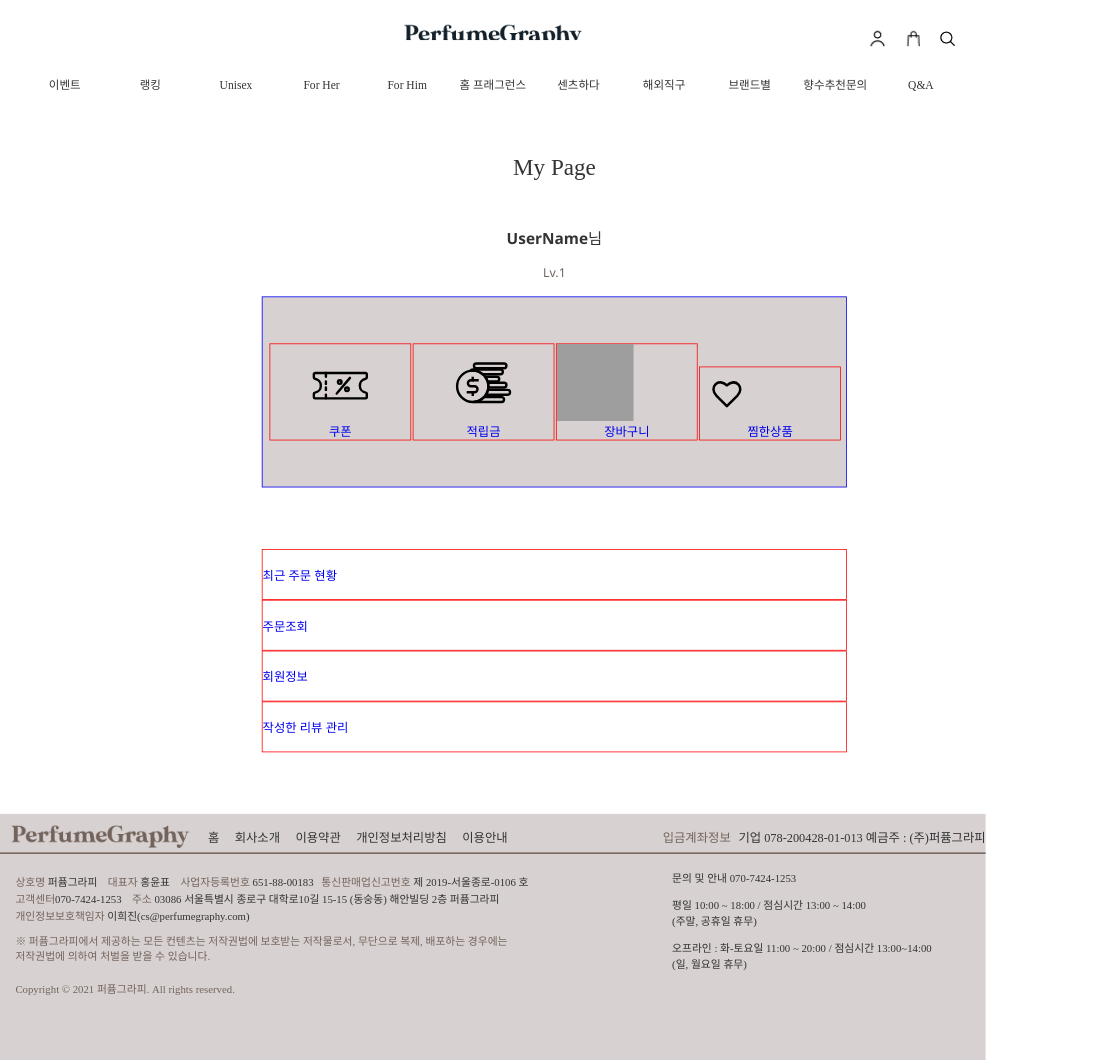
Repository: mingdue03/perfumegraphy
Page: myPage.html
These files come from the project's save history. The page is drawn as it stood at one moment and after the next save; the edit follows.
The browser window is 1280 px wide. The page is 1440 px wide, so the pictures cover 1440 px, including what lies to the right of the window. The pictures show the whole page, at 77% of full size.
Pictures or frames that could not be fetched are drawn as grey boxes.

Above is the page before, as saved 2021-08-27 14:55:18.

### myPage.html
<!DOCTYPE html>
<html lang="ko">
<head>
    <meta charset="UTF-8">
    <meta http-equiv="X-UA-Compatible" content="IE=edge">
    <meta name="viewport" content="width=device-width, initial-scale=1.0">
    <title>PerfumeGraphy</title>
    <link rel="stylesheet" href="css/basic.css">
    <link rel="stylesheet" href="css/mypage.css">
    <link href="https://fonts.googleapis.com/css2?family=Noto+Serif+KR&display=swap" rel="stylesheet">
    <script src="js/jquery-1.12.4.min.js"></script>
    <script src="js/jquery.slides.min.js"></script>
    <script src="js/jquery.stellar.js"></script>
    <script src="js/main_1.js"></script>
</head>
<body>
<div id="body_wrap">
    <header>
    <div id="header_wrap">
        <div class="header_top">
            <div class="logo">
                <h1><a href="index.html">PerfumeGraphy</a></h1>
            </div>
            <ul class="top_menu">
                <li class="user"><a href="login.html">마이페이지</a></li>
                <li class="cart"><a href="mypage.html">장바구니</a></li>
                <li class="search"><a href="#">검색</a></li>
                <li class="ham_btn"><a href="#">button</a></li>
            </ul>
        </div>
        <div class="search_pop">
            <div class="search_bg">
                <span></span>
                <ul>
                    <li><a href="#">#금주의 향수</a></li>
                    <li><a href="#">#럭셔리집들이선물</a></li>
                    <li><a href="#">#비누향수</a></li>
                </ul>
            </div>
        </div>
        <div class="header_b" >
            <ul class="gnb">
                <li>
                    <a href="#">이벤트</a>
                </li>
                <li class="hasSub">
                    <a href="lank.html">랭킹</a>
                    <ul class="sub_menu">
                        <li><a href="lank.html">전체 랭킹 </a></li>
                        <li><a href="lank.html">Unisex 랭킹</a></li>
                        <li><a href="lank.html">For her 랭킹</a></li>
                        <li><a href="lank.html">For him 랭킹</a></li>
                    </ul>
                </li>
                <li class="hasSub">
                    <a href="#">Unisex</a>
                    <ul class="sub_menu">
                        <li><a href="#">ALL</a></li>
                        <li><a href="#"> 시트러스 | 그린</a></li>
                        <li><a href="#">우디 | 베티버</a></li>
                        <li><a href="#">샌달우드 | 머스크</a></li>
                        <li><a href="#">스파이시 | 통카빈</a></li>
                    </ul>
                </li>
                <li class="hasSub">
                    <a href="#">For Her</a>
                    <ul class="sub_menu">
                        <li><a href="#">ALL</a></li>
                        <li><a href="#">시트러스 | 그린</a></li>
                        <li><a href="#">플로럴 | 화이트플로럴</a></li>
                        <li><a href="#">머스크 | 앰버</a></li>
                        <li><a href="#">스위트 | 바닐라</a></li>
                    </ul>
                </li>
                <li class="hasSub">
                    <a href="#">For Him</a>
                    <ul class="sub_menu">
                        <li><a href="#">ALL</a></li>
                        <li><a href="#">시트러스 | 그린</a></li>
                        <li><a href="#">우디 | 베티버</a></li>
                        <li><a href="#">웜스파이시 | 통카빈</a></li>
                        <li><a href="#">머스크 | 앰버</a></li>
                        <li><a href="#">라벤더 | 워터리</a></li>
                    </ul>
                </li>
                <li class="hasSub">
                    <a href="#">홈 프래그런스</a>
                    <ul class="sub_menu">
                        <li><a href="#">디퓨저 & 캔들</a></li>
                        <li><a href="#">바디 & 솝</a></li>
                    </ul>
                </li>
                <li><a href="#">센츠하다</a></li>
                <li>
                    <a href="#">해외직구</a>
                </li>
                <li><a href="#">브랜드별</a></li>
                <li><a href="#">향수추천문의</a></li>
                <li><a href="#">Q&A</a></li>
            </ul>
        </div>
        <div class="gnb_dim"></div>
    </div>
    </header>
    <!------------------------login-------------------------------->
    <main id="mypage">
        <div class="mypage_wrap">
            <h2>My Page</h2>
            <section class="name">
                <div>
                    <p><span>UserName</span>님</p>
                    <p class="level">Lv.1</p>
                </div>
            </section>
            <section class="coupon">
                <div class="coupon_wrap">
                    <ul>
                        <li><a href="#" class="coupon">쿠폰</a></li>
                        <li><a href="#" class="coin">적립금</a></li>
                        <li><a href="#" class="cart">장바구니</a></li>
                        <li><a href="#" class="heart">찜한상품</a></li>
                    </ul>
                </div>
            </section>
            <section class="order">
                <div class="oder_wrap">
                    <ul>
                        <li class="recent"><a href="#">최근 주문 현황</a></li>
                        <li><a href="#">주문조회</a></li>
                        <li><a href="#">회원정보</a></li>
                        <li><a href="#">작성한 리뷰 관리</a></li>
                    </ul>

                </div>
            </section>

        </div>
    </main>
    <footer>
        <div id="footer_in">
            <div class="footer_top">
                <h2>PerfumeGraphy</h2>
                <ul class="m_hidden">
                    <li><a href="javasctipt:;">홈</a></li>
                    <li><a href="javasctipt">회사소개</a></li>
                    <li><a href="javasctipt">이용약관</a></li>
                    <li><a href="javasctipt">개인정보처리방침</a></li>
                    <li><a href="javasctipt">이용안내</a></li>
                </ul>
                <p><span>입금계좌정보</span> 기업 078-200428-01-013 예금주 : (주)퍼퓸그라피</p>
            </div>
        </div>
        <div class="footer_bottom">
            <section class="left">
                <ul class="pc_hidden">
                    <li><a href="javasctipt:;">홈</a></li>
                    <li><a href="javasctipt">회사소개</a></li>
                    <li><a href="javasctipt">이용약관</a></li>
                    <li><a href="javasctipt">개인정보처리방침</a></li>
                    <li><a href="javasctipt">이용안내</a></li>
                </ul>
                <p class="margin">
                    <p><span>상호명</span>  퍼퓸그라피</p> <p><span>대표자</span> 홍윤표</p>	 <p><span>사업자등록번호</span> 651-88-00183</p><p> <span >통신판매업신고번호</span>  제 2019-서울종로-0106 호<br></p>
                </p>
                <p class="pc_hidden">
                    <span>고객센터</span>070-7424-1253
                </p>
                <p>
                    <span> 주소</span> 03086 서울특별시 종로구 대학로10길 15-15 (동숭동) 해안빌딩 2층 퍼퓸그라피
                </p>
                <p ><span>개인정보보호책임자</span> 	 이희진(cs@perfumegraphy.com) </p>
                <p class="margin"><span class="m_hidden"> ※ 퍼퓸그라피에서 제공하는 모든 컨텐츠는 저작권법에 보호받는 저작물로서, 무단으로 복제, 배포하는 경우에는<br><span></span> 저작권법에 의하여
                처벌을 받을 수 있습니다.</span></p>
                <p class="margin"><span class="m_hidden"> Copyright © 2021 퍼퓸그라피. All rights reserved.</span></p>
            </section>
            <section class="right m_hidden">
                <p>문의 및 안내   070-7424-1253<br>
                    <br>
                    평일 10:00 ~ 18:00 / 점심시간 13:00 ~ 14:00<br>
                    (주말, 공휴일 휴무)<br>
                    <br>
                    오프라인 : 화-토요일 11:00 ~ 20:00 / 점심시간 13:00~14:00<br>
                     (일, 월요일 휴무)</p>
            </section>
        </div>
    </footer>
</div>
</body>
</html>

### css/mypage.css
@charset "UTF-8";

main#mypage{font-family:'NanumGothic','Segoe UI', Roboto, Oxygen, sans-serif ;background: #fff; color:#333; font-size:16px; }

#mypage{}
.mypage_wrap{
  width:1440px;
  margin:60px auto;
  text-align:center;
}
.mypage_wrap h2{
  font-size:30px;
  margin:60px 0;
  font-weight: normal;
  font-family: 'Noto Serif KR', serif;
}
.name {
  margin:20px 0;
}
.name p{
  font-size: 20px;
  margin:20px 0;
}
.name p span{
  font-weight: bold;
}
.name p.level{
  font-size:16px;
  color:#73645D;
}

.coupon{
  width:760px;
  margin:auto;
}
.coupon_wrap{
  width:100%;
  height:auto;
  background:#D7D1D1;
}
.coupon_wrap ul{
  border:1px solid blue;
  padding:60px 0;
}
.coupon_wrap li{
  display: inline-block;
  width:24%;
}
.coupon_wrap a{
  display: block;
  width:100%;
  height:auto;
  border:1px solid red;
}
.coupon_wrap a.coupon:before{
  display:block;
  content:'';
  margin:auto;
  width:100px; height:100px;
  background:url('../img/icon/coupon_icon.svg') no-repeat 100% 100%;
}
.coupon_wrap a.coin:before{
  display:block;
  content:'';
  margin:auto;
  width:100px; height:100px;
  background:url('../img/icon/coins_icon.svg') no-repeat 100% 100%;}
.coupon_wrap a.cart:before{
  display:block;
  content:'';
  width:100px; height:100px;
  background:url('../img/icon/bag_icon.svg') no-repeat 100% 100%;
}
.coupon_wrap a.heart:before{
  display:block;
  content:'';
  width:70px; height:70px;
  background:url('../img/icon/basic_heart_icon.svg') no-repeat 100% 100%;
}

.order{}
.oder_wrap{
  width:760px;
  margin:80px auto;

}

.oder_wrap ul{}
.oder_wrap li{
  display:block;
  border-bottom:1px solid #999;
  text-align: left;
  border:1px solid red;
  padding: 20px 0;
}
.recent{

}
.oder_wrap a{}














@media (max-width:1440px){
  .login_wrap{
    width:100%;
  }
}

@media (max-width:450px){
  .login_wrap{
    max-width:450px;
  }
}

Loaded but not shown: js/jquery-1.12.4.min.js (library); js/jquery.slides.min.js (library); js/jquery.stellar.js (library); js/main_1.js (215 lines, source omitted); css/basic.css (877 lines, source omitted)

After the next save:
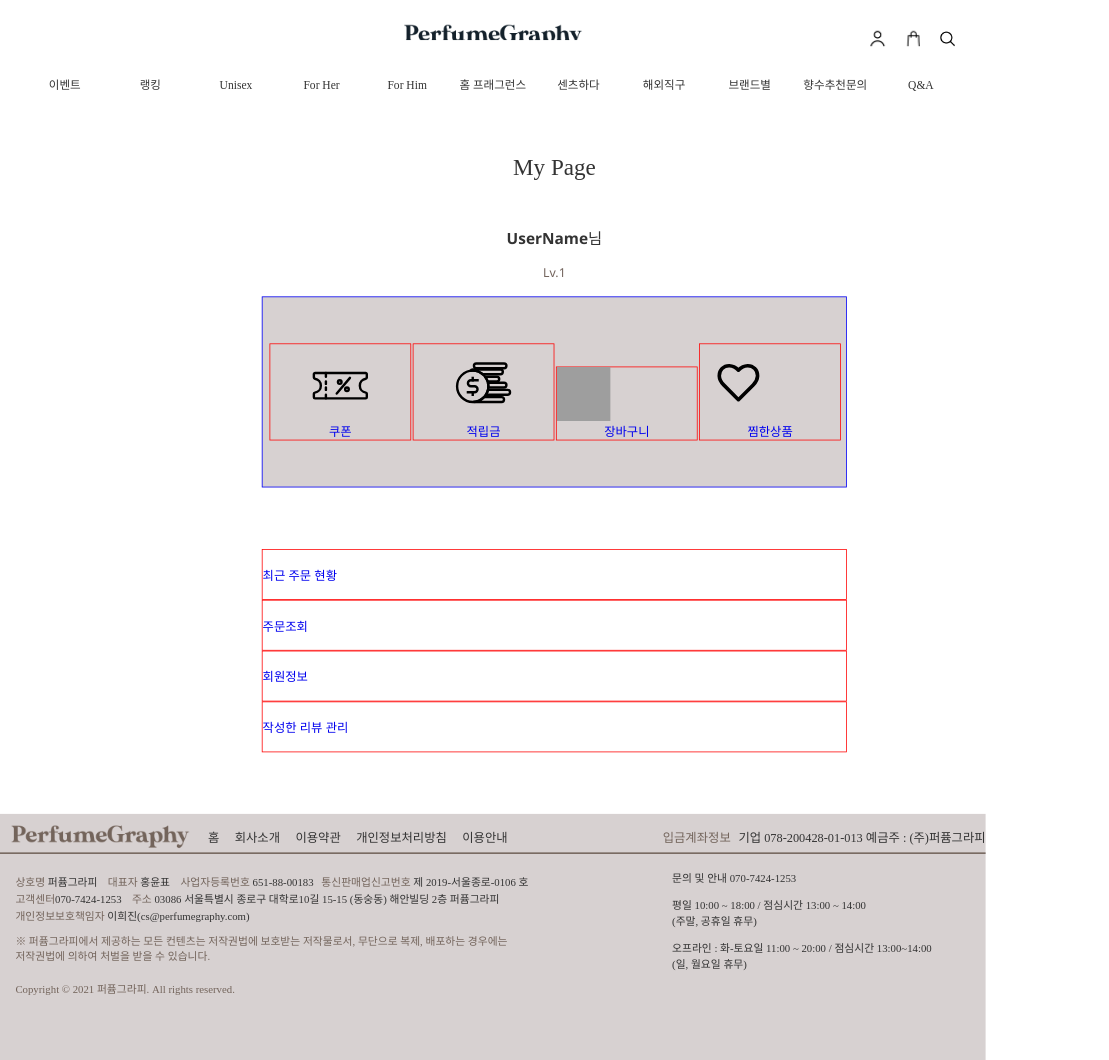
Saved 11 s later.
--- a/css/mypage.css
+++ b/css/mypage.css
@@ -68,13 +68,13 @@
 .coupon_wrap a.cart:before{
   display:block;
   content:'';
-  width:100px; height:100px;
+  width:70px; height:70px;
   background:url('../img/icon/bag_icon.svg') no-repeat 100% 100%;
 }
 .coupon_wrap a.heart:before{
   display:block;
   content:'';
-  width:70px; height:70px;
+  width:100px; height:100px;
   background:url('../img/icon/basic_heart_icon.svg') no-repeat 100% 100%;
 }
 
